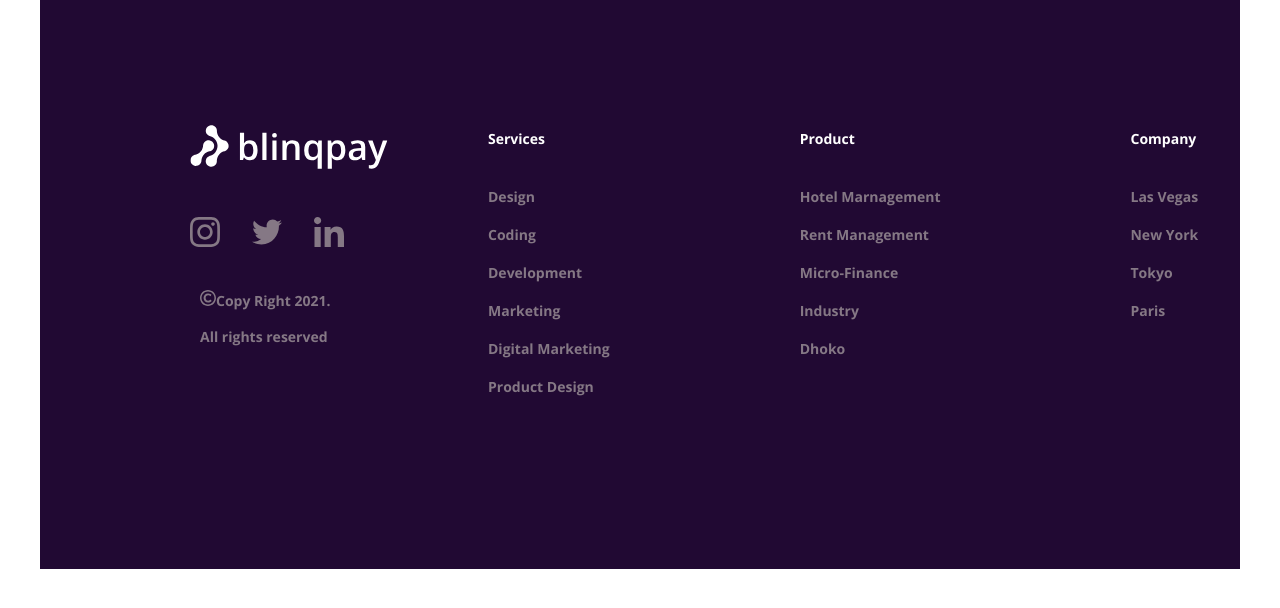
Repository: jabbarbergenoov/mobile-bling-py
Page: idnex.html
An editor plug-in stored every save of this project. The page is shown before and after the next save, followed by the edit.
The browser window is 1280 px wide. The pictures show the whole page.

Above is the page before, as saved 2025-04-17 19:10:08.

After the next save:
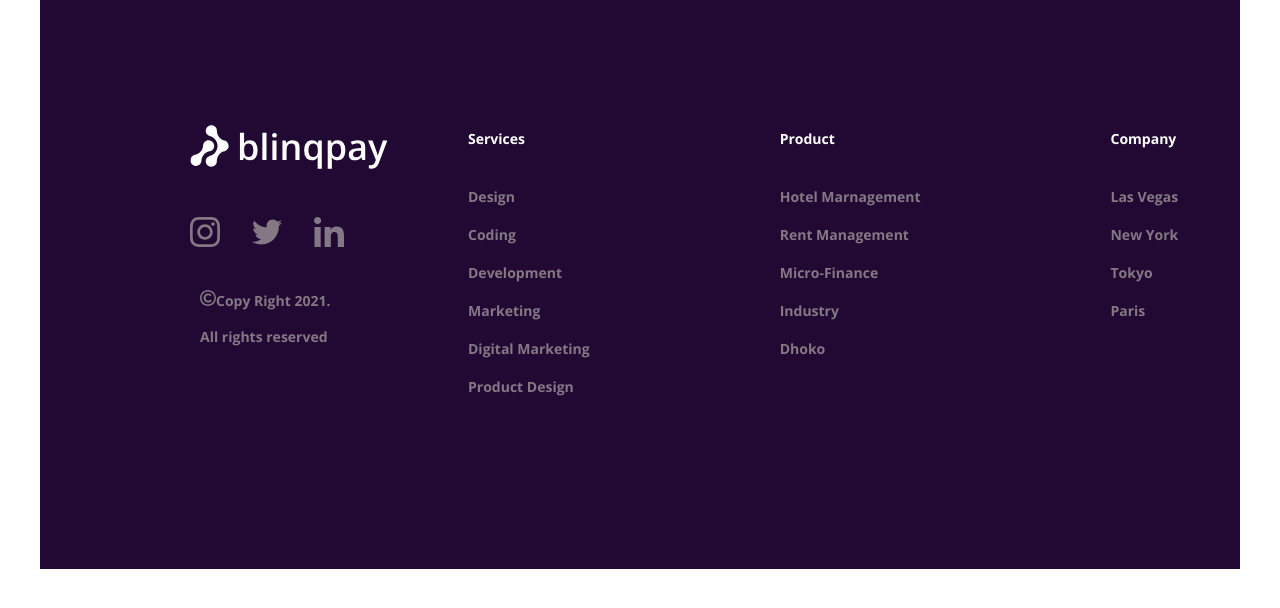
Saved 5 s later.
--- a/style/styl.css
+++ b/style/styl.css
@@ -15,7 +15,7 @@
     position: relative;
     bottom: 120px;
     display: flex;
-    gap: 100px;
+    gap: 80px;
   }
   .iimg {
     padding-top: 242px;
